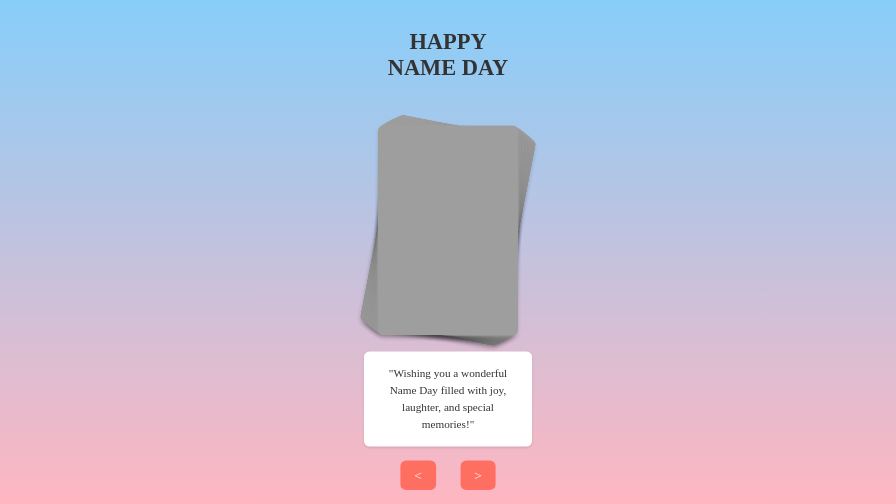
Repository: naps00/BIRTHDAY
Page: /details
The author's editor kept a copy of each file at every save. The page is drawn from the files as they stood at one save, then again after the next save.
The browser window is 1280 px wide. The pictures show the part of the page from y = 0 to 1920 px (the page is 720 px tall before and 7200 px after), at 70% of full size.
Pictures or frames that could not be fetched are drawn as grey boxes. The project was rebuilt for these pictures with package versions that can differ from the ones it lists, and the page was loaded fresh each time.

Above is the page before, as saved 2024-12-12 19:45:34.

After the next save:
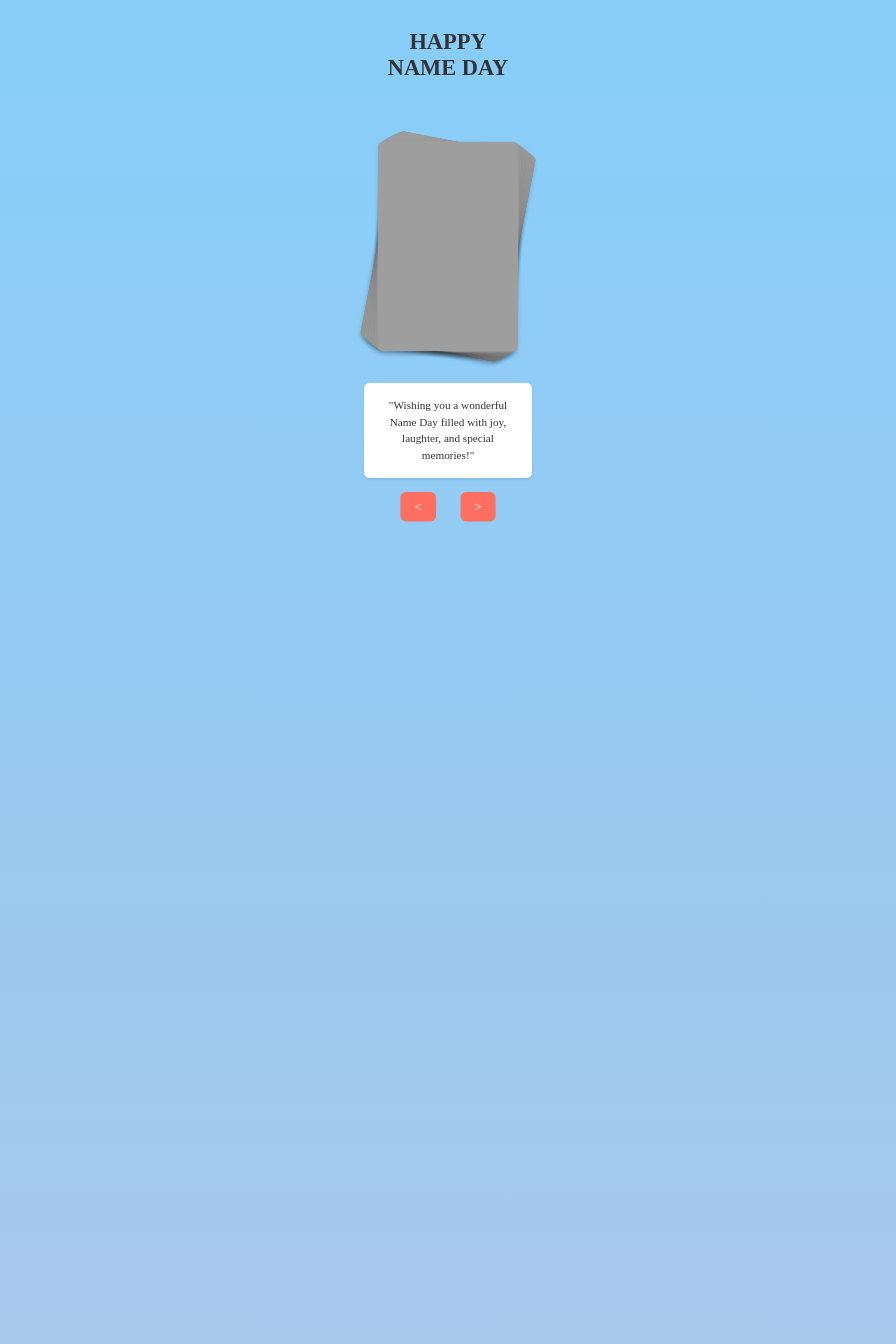
Saved 87 s later.
--- a/src/details.css
+++ b/src/details.css
@@ -3,7 +3,7 @@
   flex-direction: column;
   align-items: center;
   justify-content: flex-start;
-  min-height: 100vh; /* กำหนดความสูงขั้นต่ำ */
+  min-height: 1000vh; /* กำหนดความสูงขั้นต่ำ */
   background: linear-gradient(to bottom, #87CEFA, #FFB6C1);
   padding: 40px; /* เพิ่มระยะห่างจากขอบ */
   overflow-y: auto; /* ให้เลื่อนแนวตั้งได้ */

After the save that followed:
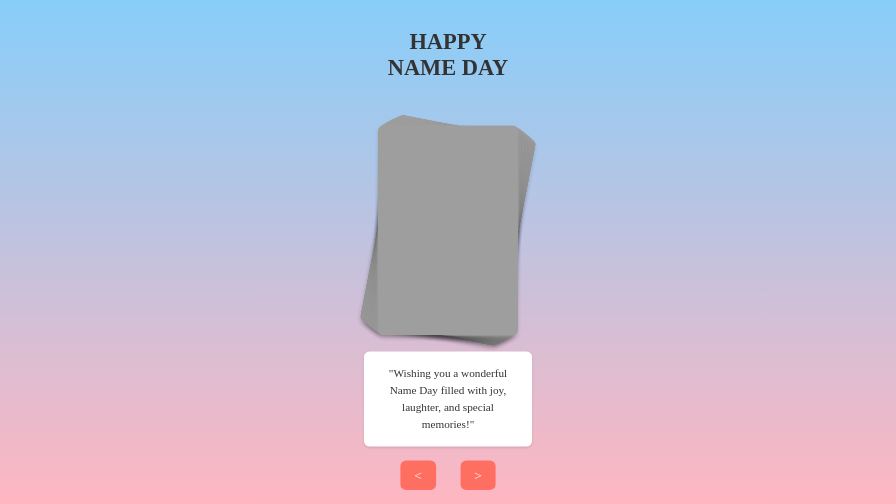
Saved 19 s later.
--- a/src/details.css
+++ b/src/details.css
@@ -3,7 +3,7 @@
   flex-direction: column;
   align-items: center;
   justify-content: flex-start;
-  min-height: 1000vh; /* กำหนดความสูงขั้นต่ำ */
+  min-height: auto; /* กำหนดความสูงขั้นต่ำ */
   background: linear-gradient(to bottom, #87CEFA, #FFB6C1);
   padding: 40px; /* เพิ่มระยะห่างจากขอบ */
   overflow-y: auto; /* ให้เลื่อนแนวตั้งได้ */
